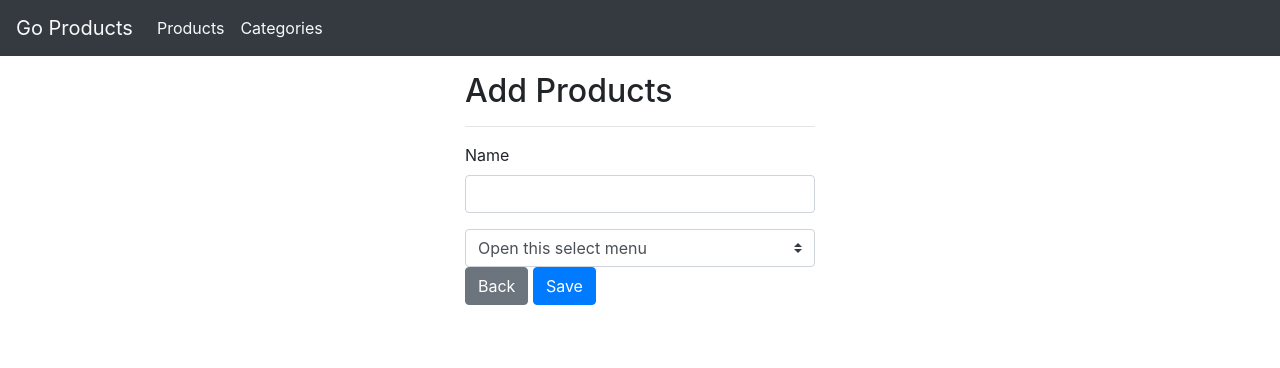
Repository: Nouthemoran/go-web-native-crud
Page: views/product/create.html
These files come from the project's save history. The page is drawn as it stood at one moment and after a run of saves; the edit follows.
The browser window is 1280 px wide. The pictures show the whole page.

Above is the page before, as saved 2023-10-11 10:53:49.

After the next 4 saves:
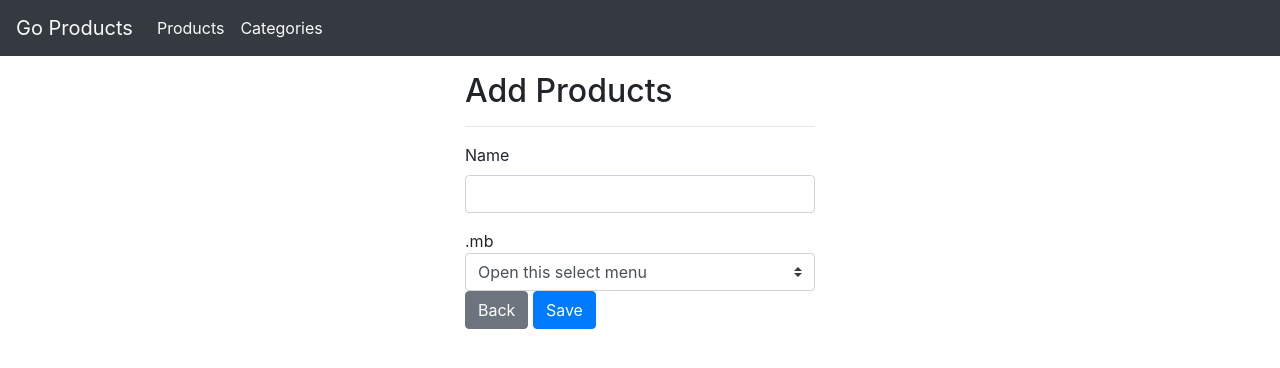
The 4 saves are shown as one change because they came seconds apart.
The last was saved 29 s later.
--- a/views/product/create.html
+++ b/views/product/create.html
@@ -40,6 +40,7 @@
                         <label>Name</label>
                         <input type="text" class="form-control" name="name" autocomplete="off">
                     </div>
+                    .mb
                     <select class="custom-select">
                         <option selected>Open this select menu</option>
                         <option value="1">One</option>

After the save that followed:
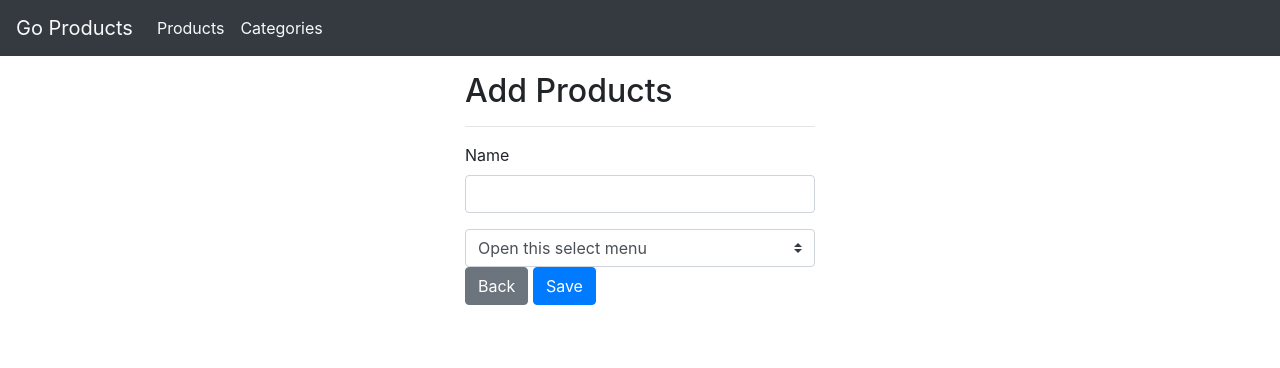
Saved 7 s later.
--- a/views/product/create.html
+++ b/views/product/create.html
@@ -40,7 +40,9 @@
                         <label>Name</label>
                         <input type="text" class="form-control" name="name" autocomplete="off">
                     </div>
-                    .mb
+                    <div class="mb-3">
+
+                    </div>
                     <select class="custom-select">
                         <option selected>Open this select menu</option>
                         <option value="1">One</option>
